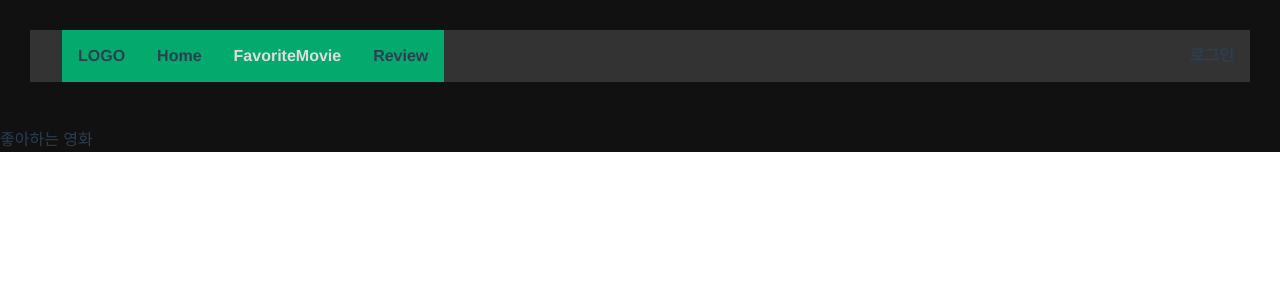
Repository: chomyoenggeun/linkedmovie
Page: /favorite-movie (app in front/)
An editor plug-in stored every save of this project. The page is shown before and after the next save, followed by the edit.
The browser window is 1280 px wide. The pictures show the whole page.
The project was rebuilt for these pictures with package versions that can differ from the ones it lists, and the page was loaded fresh each time. Also part of the build but not shown: front/vue.config.js, front/src/components/MovieCard.vue, front/src/views/Home.vue, front/src/views/accounts/Account.vue, front/src/views/accounts/Login.vue, front/src/views/accounts/Signup.vue, front/src/views/Mypage.vue, front/src/components/DmovieReviewItem.vue and 10 more.

Above is the page before, as saved 2021-11-24 05:20:26.

After the next save:
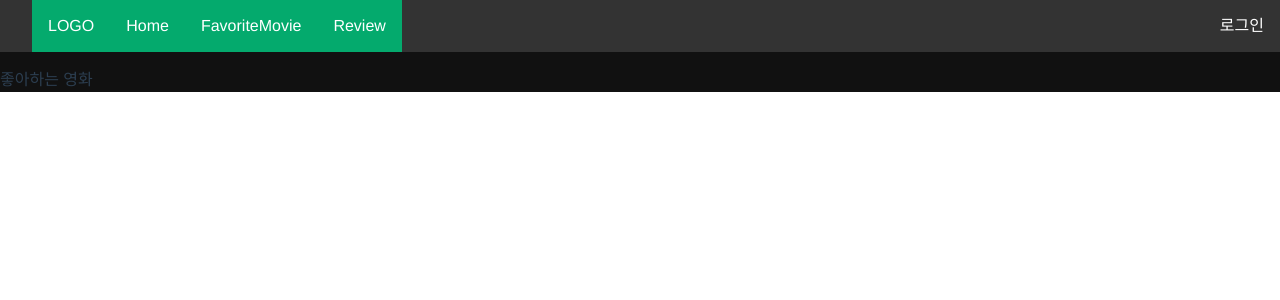
Saved 2 min 4 s later.
--- a/front/src/App.vue
+++ b/front/src/App.vue
@@ -1,17 +1,16 @@
 <template>
   <div id="app">
-    <div id="nav">
-      <ul class="horizontal">
-        <li><router-link class="active" to="/home">LOGO</router-link></li>
-        <li><router-link class="active" to="/home">Home</router-link></li>
-        <li><router-link class="active" to="/favorite-movie">FavoriteMovie</router-link></li>
-        <li><router-link class="active" to="/review">Review</router-link></li>
-        <li v-if="isLogin" class="rightli" style="float:right"><router-link class="menubt_right" to="/mypage"
-        >Mypage</router-link></li>
-        <li v-else class="rightli" style="float:right"><router-link class="menubt_right" to="/account"
-        >로그인</router-link></li>
-      </ul>
-    </div>
+    <ul class="horizontal">
+      <li><router-link class="active" to="/home">LOGO</router-link></li>
+      <li><router-link class="active" to="/home">Home</router-link></li>
+      <li><router-link class="active" to="/favorite-movie">FavoriteMovie</router-link></li>
+      <li><router-link class="active" to="/review">Review</router-link></li>
+      <li v-if="isLogin" class="rightli" style="float:right"><router-link class="menubt_right" to="/mypage"
+      >Mypage</router-link></li>
+      <li v-else class="rightli" style="float:right"><router-link class="menubt_right" to="/account"
+      >로그인</router-link></li>
+    </ul>
+
     <router-view
     @login="isLogin=true"/>
   </div>
